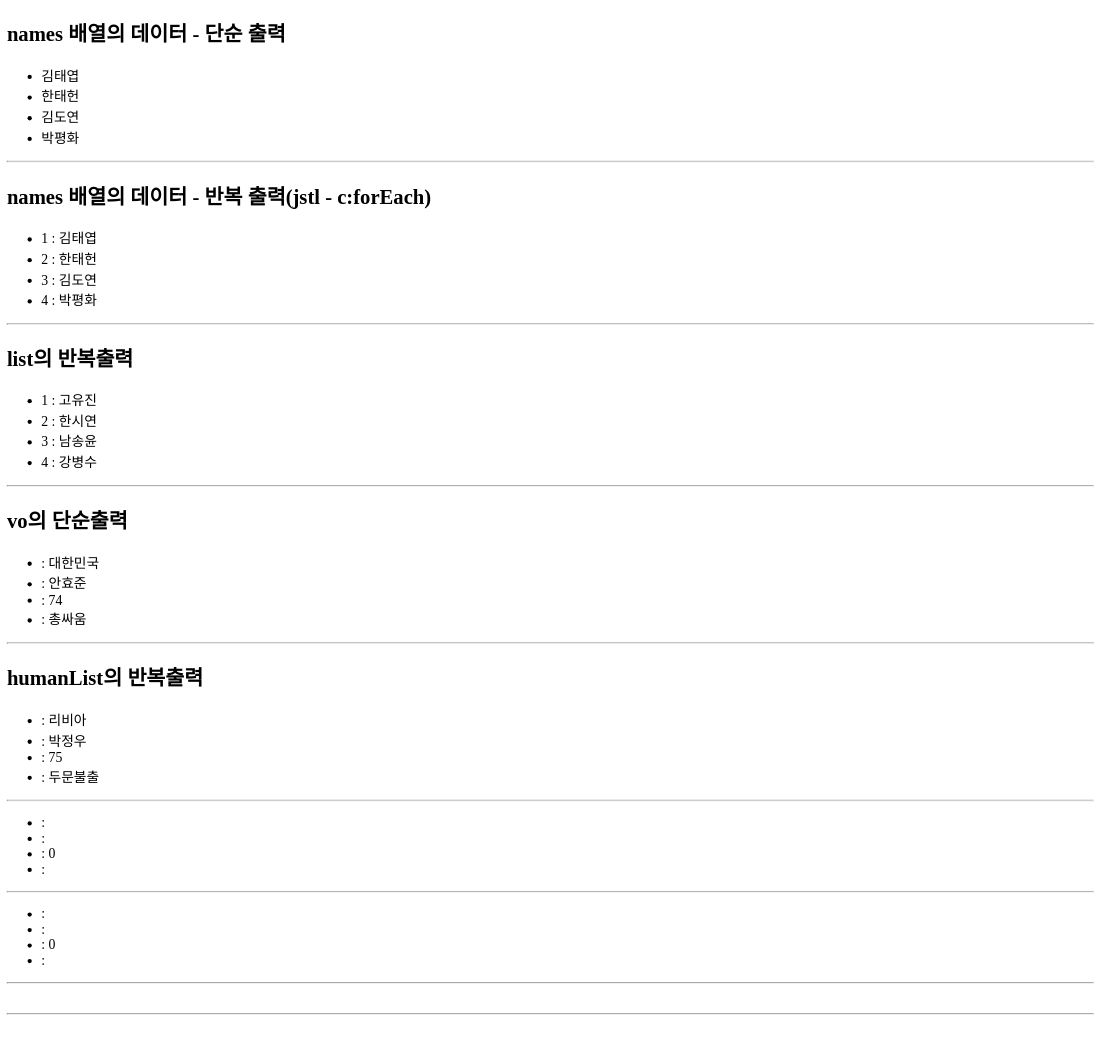
Repository: okgunyang/jsp
Page: http://localhost/practice02/GetJavaDataCtrl.do
These files come from the project's save history. The page is drawn as it stood at one moment and after the next save; the edit follows.
The browser window is 1280 px wide. The pictures show the whole page, at 86% of full size.
The page is served by Tomcat 9.

Above is the page before, as saved 2022-11-10 06:22:25.

After the next save:
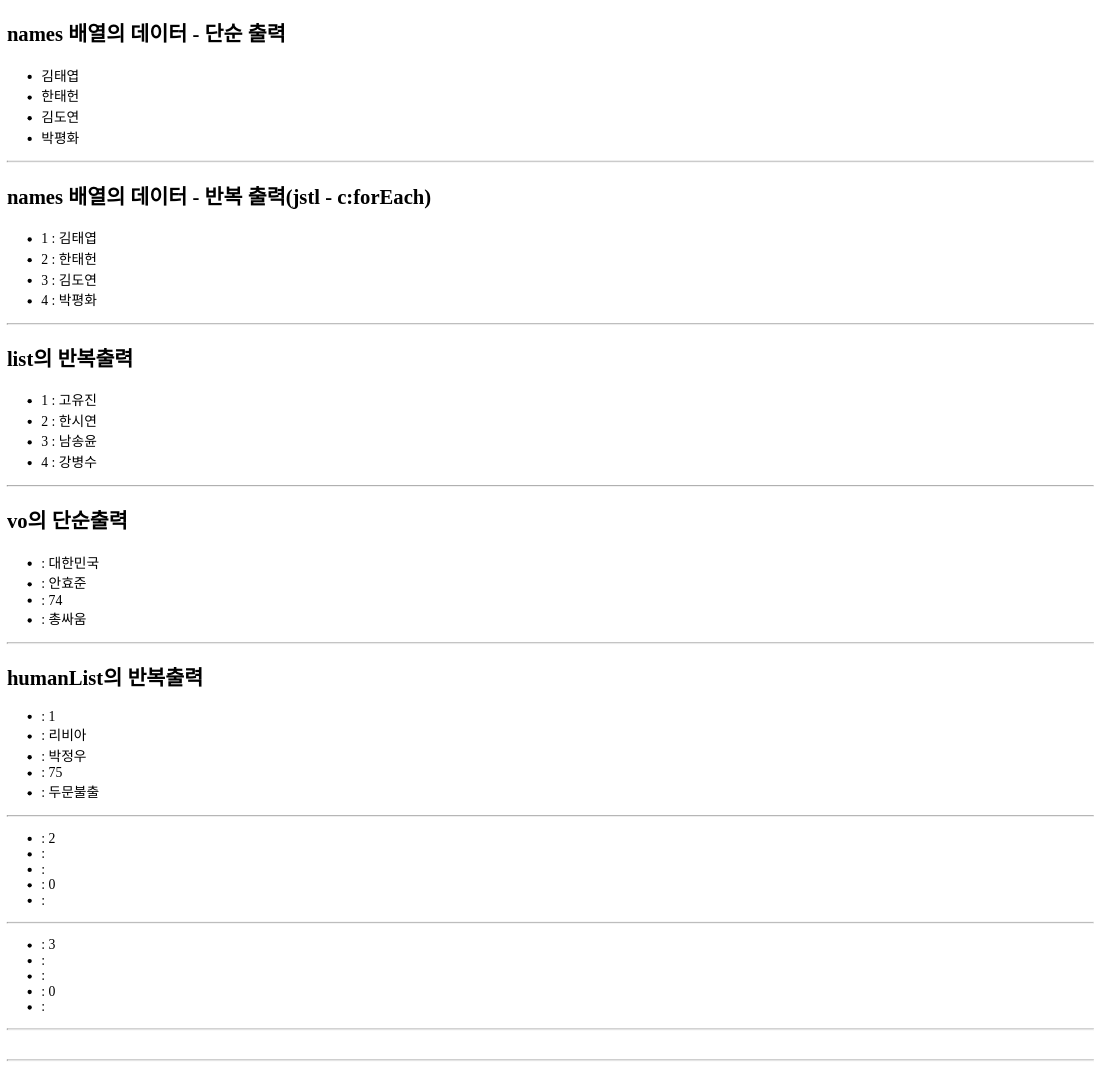
Saved 16 s later.
--- a/practice02/WebContent/06getJavaData.jsp
+++ b/practice02/WebContent/06getJavaData.jsp
@@ -46,6 +46,7 @@
 <h2>humanList의  반복출력</h2>
 <c:forEach items="${hList }" var="human" varStatus="status">
 <ul>
+	<li> : ${status.count }</li>
 	<li> : ${human.country }</li>
 	<li> : ${human.name }</li>
 	<li> : ${human.age }</li>
